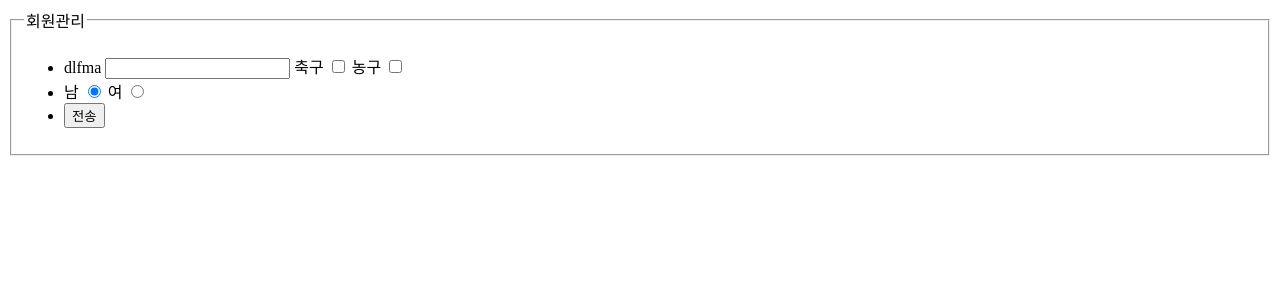
Repository: ghs0814/jsp-workspace
Page: http://localhost/ServletProject/member/memberForm.jsp
The author's editor kept a copy of each file at every save. The page is drawn from the files as they stood at one save, then again after the next save.
The browser window is 1280 px wide. The pictures show the whole page.
The page is served by Tomcat 9.

Above is the page before, as saved 2026-05-21 00:40:25.

After the next save:
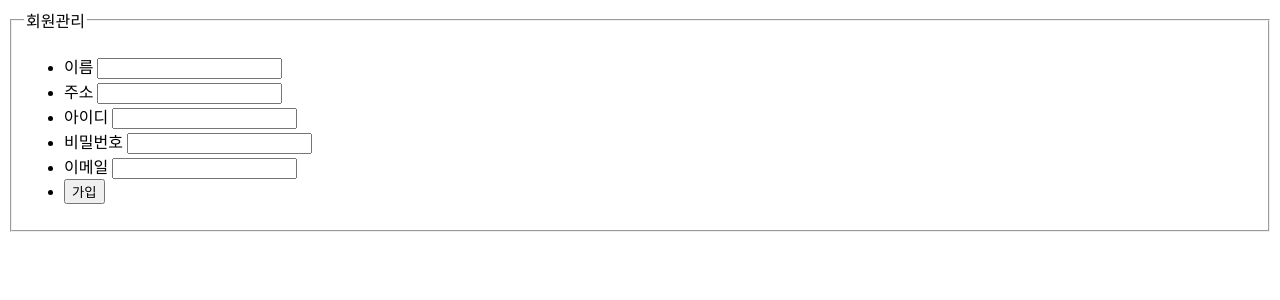
Saved 2 min 27 s later.
--- a/ServletProject/src/main/webapp/member/memberForm.jsp
+++ b/ServletProject/src/main/webapp/member/memberForm.jsp
@@ -12,22 +12,27 @@
 			<legend> 회원관리 </legend>
 				<ul>
 					<li>
-						<label>dlfma</label>
-						<input type="text" name="username">
-						<label>축구</label>
-						<input type="checkbox" name="sports" value="축구">
-						<label>농구</label>
-						<input type="checkbox" name="sports" value="농구">
-					</li>
-
-					<li>
-						<label>남</label>
-						<input type="radio" name="gender" value="남자" checked="checked">
-						<label>여</label>
-						<input type="radio" name="gender" value="여자" >
+						<label>이름</label>
+						<input type="text" name="userName">
 					</li>
 					<li>
-						<input type="submit" value="전송">
+						<label>주소</label>
+						<input type="text" name="address">
+					</li>
+					<li>
+						<label>아이디</label>
+						<input type="text" name="userId">
+					</li>
+					<li>
+						<label>비밀번호</label>
+						<input type="password" name="passwd">
+					</li>
+					<li>
+						<label>이메일</label>
+						<input type="email" name="email">
+					</li>
+					<li>
+						<input type="submit" value="가입">
 					</li>
 				</ul>
 		</fieldset>
